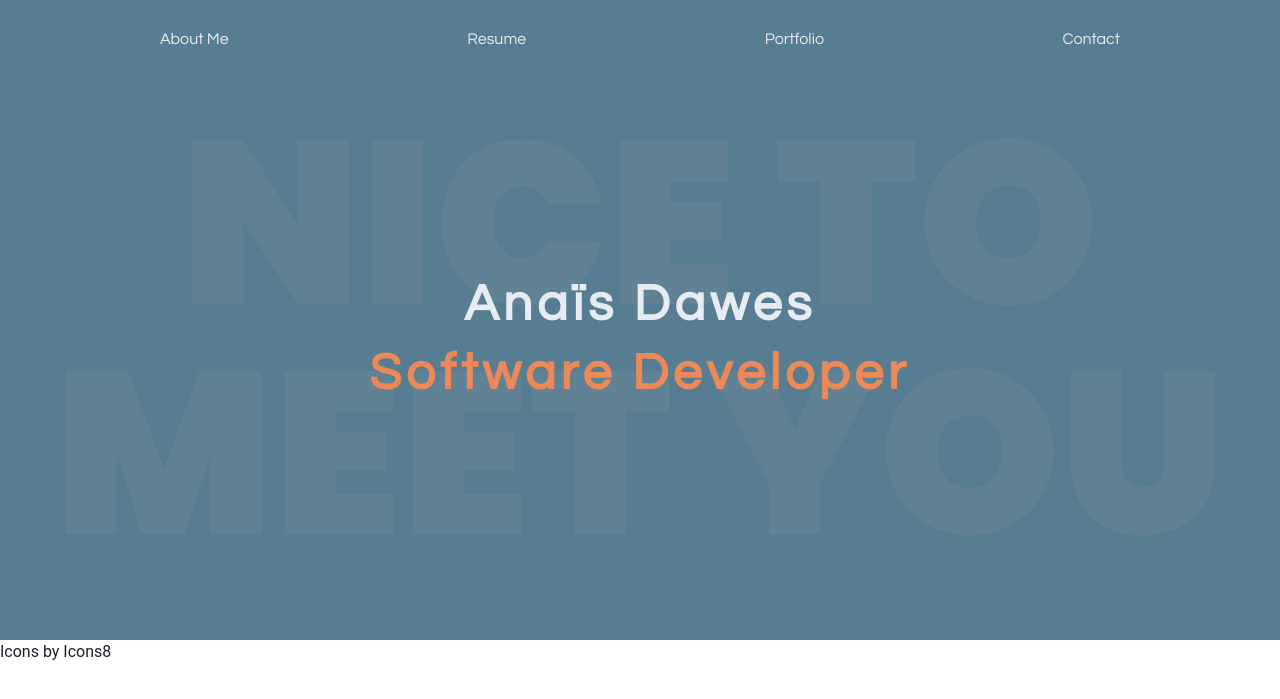
Repository: aedawes/AnaisDawesWebsite
Page: / (app in my-app/)
These files come from the project's save history. The page is drawn as it stood at one moment and after the next save; the edit follows.
The browser window is 1280 px wide. The pictures show the whole page.
Some web fonts or font styles are not loaded; a fallback is used. The project was rebuilt for these pictures with package versions that can differ from the ones it lists, and the page was loaded fresh each time. Also part of the build but not shown: my-app/src/App.css, my-app/src/Components/MobileMenu.js.

Above is the page before, as saved 2023-09-06 11:55:44.

### my-app/src/index.js
import React from 'react';
import ReactDOM from 'react-dom/client';
import './index.css';
import App from './App';
import customTheme from './theme';
import reportWebVitals from './reportWebVitals';
import { ChakraProvider } from '@chakra-ui/react'

const root = ReactDOM.createRoot(document.getElementById('root'));
root.render(
  <ChakraProvider theme={customTheme}>
    <React.StrictMode>
      <App />
    </React.StrictMode>
  </ChakraProvider>
);

// If you want to start measuring performance in your app, pass a function
// to log results (for example: reportWebVitals(console.log))
// or send to an analytics endpoint. Learn more: https://bit.ly/CRA-vitals
reportWebVitals();

### my-app/src/App.js
import './App.css';
import Home from './Home';

function App() {
  return (
    <div className="App">
      <header className="App-header">
        <Home></Home>
      </header>
    </div>
  );
}

export default App;

### my-app/src/theme.js
// theme.js
import { extendTheme } from '@chakra-ui/react';

const theme = extendTheme({
    styles: {
        global: {
          // Import and define the Google Fonts using @font-face
          '@font-face': [
            {
              fontFamily: 'Poppins', // Font family name for Poppins
              src: 'url(https://fonts.googleapis.com/css2?family=Poppins:wght@900&display=swap)',
              fontWeight: '900', // FontWeight for Poppins
              fontStyle: 'normal',
            },
            {
              fontFamily: 'Questrial', // Font family name for Questrial
              src: 'url(https://fonts.googleapis.com/css2?family=Questrial&display=swap)',
              fontWeight: 'normal',
              fontStyle: 'normal',
            },
          ],
        },
    },
    colors: {
        blues: {
            100: '#0B0C21',
            200: '#567D91',
            300: '#A9C7D9',
            400: '#E6ECF1',
        },
        oranges: {
            100: '#ED8957',
        },
    },
    fonts: {
        body: 'Roboto, sans-serif',
        heading: 'Montserrat, sans-serif',
    },
});

export default theme;

### my-app/src/Home.js
import './Home.css';
import { Box, Center, Heading, Text, VStack, Button} from '@chakra-ui/react'
import NavBar from './Components/Navbar.js';
import MobileMenu from './Components/MobileMenu';

function Home() {
  return (
    <div className="App">
      <NavBar />
      <Box id='niceToMeetYou' backgroundColor='blues.200'>
        <Center id="center-content">
          <Heading id='bgText' fontFamily='Poppins'> NICE TO MEET YOU </Heading>
          <VStack id="center-title">
            <Heading
              id='name'
              fontFamily='Questrial'
              color='blues.400'>
              Anaïs Dawes
            </Heading>
            <Heading
              id='job'
              fontFamily='Questrial'
              color='oranges.100'>
              Software Developer
            </Heading>
          </VStack>
        </Center>
      </Box>
      Icons by <a target="_blank" href="https://icons8.com">Icons8</a>
    </div>
  );
}

export default Home;

### my-app/src/Home.css
@import url('https://fonts.googleapis.com/css2?family=Poppins:wght@900&family=Questrial&display=swap');
@import url("https://use.typekit.net/ber4ifm.css");

#niceToMeetYou{
    height: fit-content;
    width: 100vw;
}

#center-content {
    padding-top: 8.5%;
    padding-bottom: 5.5%;
}

#bgText {
    text-align: center;
    line-height: 100%;
    font-size: 18vw;
    color: #618294;
}

#center-title {
    position: absolute;
    text-align: center;
}

#name {
    /* font-family: 'Questrial', sans-serif; */
    font-size: 4vw;
    letter-spacing: 5px;
}

#job {
    /* font-family: 'Questrial', sans-serif; */
    font-size: 4vw;
    letter-spacing: 5px;
}

### my-app/src/Components/Navbar.js
import { useState } from 'react';
import { Box, Center, Text, HStack, VStack, Divider, Button } from '@chakra-ui/react'

function NavBar() {

    const [isOpen, setIsOpen] = useState(false); //state for the menu

    const toggle = () => setIsOpen(!isOpen); //function to toggle the menu

    return (
        <Box>
            <Box display={{ base: 'none', lg: 'block' }}>
                <Center>
                    <HStack pos='absolute' top='4%' justifyContent='space-between' width='75%' fontFamily='Questrial' color='blues.400'>
                        <Text class="menuItem">About Me</Text>
                        <Text class="menuItem">Resume</Text>
                        <Text class="menuItem">Portfolio</Text>
                        <Text class="menuItem">Contact</Text>
                    </HStack>
                </Center>
            </Box>


            <Box
                display={{ base: 'block', lg: 'none' }}
                backgroundColor='#618294'
                h='40px'
                w='100vw'
                pos='absolute'
                >
                <button
                    style={{
                        position: 'absolute',
                        right: '5px',
                        top: '2px',
                        padding: '0',  // Remove padding if any
                        margin: '0',   // Remove margin if any
                    }}
                    onClick={toggle}>
                    <img
                        src={`${process.env.PUBLIC_URL}/icons8-menu.png`}
                        alt="MenuIcon"
                        style={{ width: '35px', height: '35px' }}/>
                </button>

                {isOpen && (
                <VStack
                    backgroundColor='#618294'
                    pos='absolute'
                    top='40px' // Adjust the top position to avoid overlapping with the button
                    right='5px'
                    spacing='2' // Adjust the spacing as needed
                    fontFamily='Questrial'
                    zIndex={999}
                >
                    <Box w='100vw'>
                        <Button
                            color='blues.400'
                            backgroundColor='blues.200'
                            fontSize='25px'
                            pl='15px'
                            pbt='15px'
                            w='110vw'
                            focusBoxShadow='blues.200'>
                                About Me
                        </Button>
                        <Divider/>
                    </Box>
                    <Box w='100vw'>
                        <Text
                            color='blues.400'
                            fontSize='25px'
                            ml='15px'
                            mb='5px'>
                                Resume
                        </Text>
                        <Divider/>
                    </Box>
                    <Box w='100vw'>
                        <Text
                            color='blues.400'
                            fontSize='25px'
                            ml='15px'
                            mb='5px'>
                                Portfolio
                        </Text>
                        <Divider/>
                    </Box>
                    <Box w='100vw'>
                        <Text
                            color='blues.400'
                            fontSize='25px'
                            ml='15px'
                            mb='5px'>
                                Contact
                        </Text>
                        <Divider/>
                    </Box>
                </VStack>
                )}
            </Box>
        </Box>
    );
}

export default NavBar;

Loaded but not shown: my-app/public/index.html (common file); my-app/src/index.css (common file); my-app/src/reportWebVitals.js (common file)

After the next save:
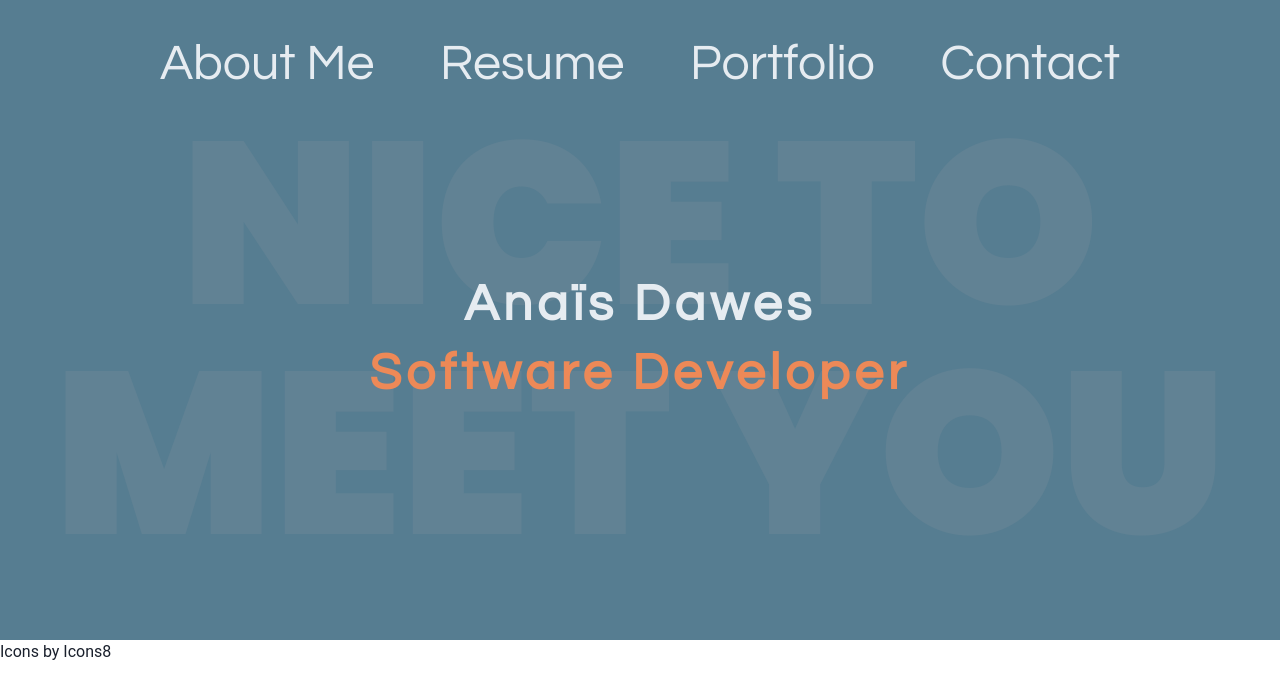
Saved 33 s later.
--- a/my-app/src/Components/Navbar.js
+++ b/my-app/src/Components/Navbar.js
@@ -11,7 +11,14 @@
         <Box>
             <Box display={{ base: 'none', lg: 'block' }}>
                 <Center>
-                    <HStack pos='absolute' top='4%' justifyContent='space-between' width='75%' fontFamily='Questrial' color='blues.400'>
+                    <HStack
+                        pos='absolute'
+                        top='4%'
+                        justifyContent='space-between'
+                        width='75%'
+                        fontFamily='Questrial'
+                        fontSize='50px'
+                        color='blues.400'>
                         <Text class="menuItem">About Me</Text>
                         <Text class="menuItem">Resume</Text>
                         <Text class="menuItem">Portfolio</Text>
